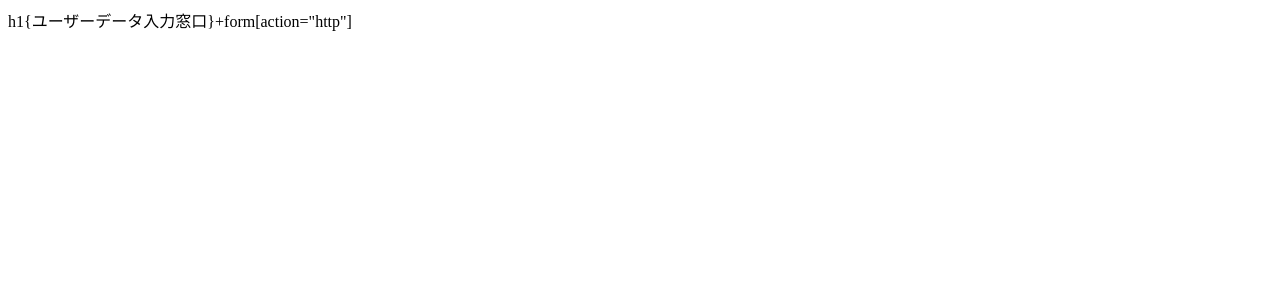
Repository: isopets/next-market
Page: form2.html
These files come from the project's save history. The page is drawn as it stood at one moment and after the next save; the edit follows.
The browser window is 1280 px wide. The pictures show the whole page.

Above is the page before, as saved 2022-06-08 00:47:00.

After the next save:
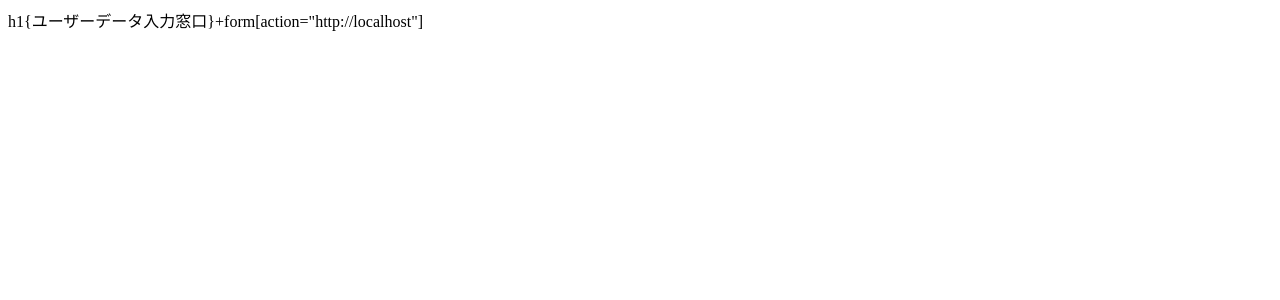
Saved 6 s later.
--- a/form2.html
+++ b/form2.html
@@ -9,7 +9,7 @@
 </head>
 
 <body>
-    h1{ユーザーデータ入力窓口}+form[action="http"]
+    h1{ユーザーデータ入力窓口}+form[action="http://localhost"]
 </body>
 
 </html>
